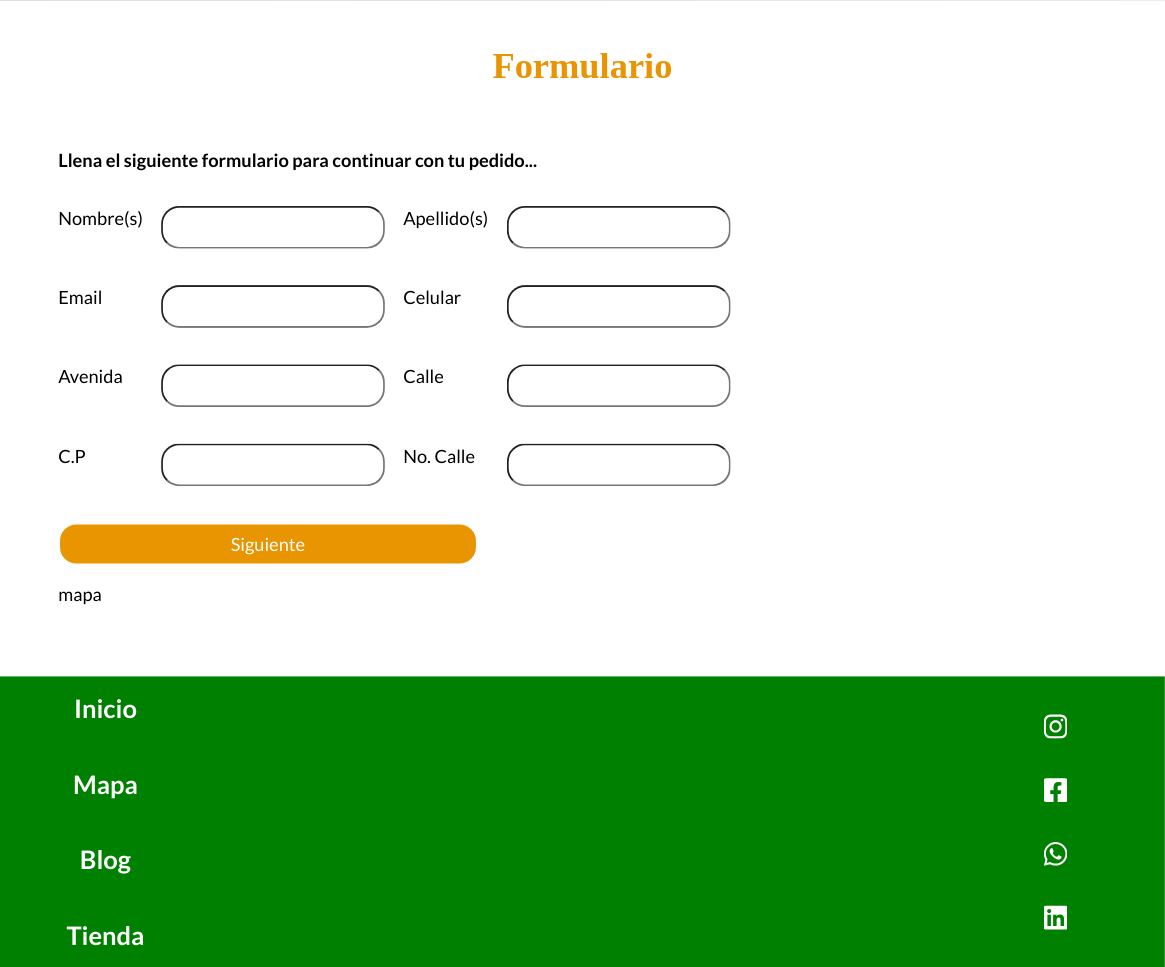
Repository: CarlosCamposRodriguez99/cv-beta-frontend
Page: /mapa
These files come from the project's save history. The page is drawn as it stood at one moment and after a run of saves; the edit follows.
The browser window is 1280 px wide. The pictures show the part of the page from y = 219 to 1322 px (the page is 1282 px tall before and 1322 px after), at 91% of full size.
Some web fonts or font styles are not loaded; a fallback is used. The project was rebuilt for these pictures with package versions that can differ from the ones it lists, and the page was loaded fresh each time. The framework's server and built-in components were replaced by stand-ins that run in the browser. Also part of the build but not shown: next.config.js.

Above is the page before, as saved 2022-05-06 18:19:37.

After the next 2 saves:
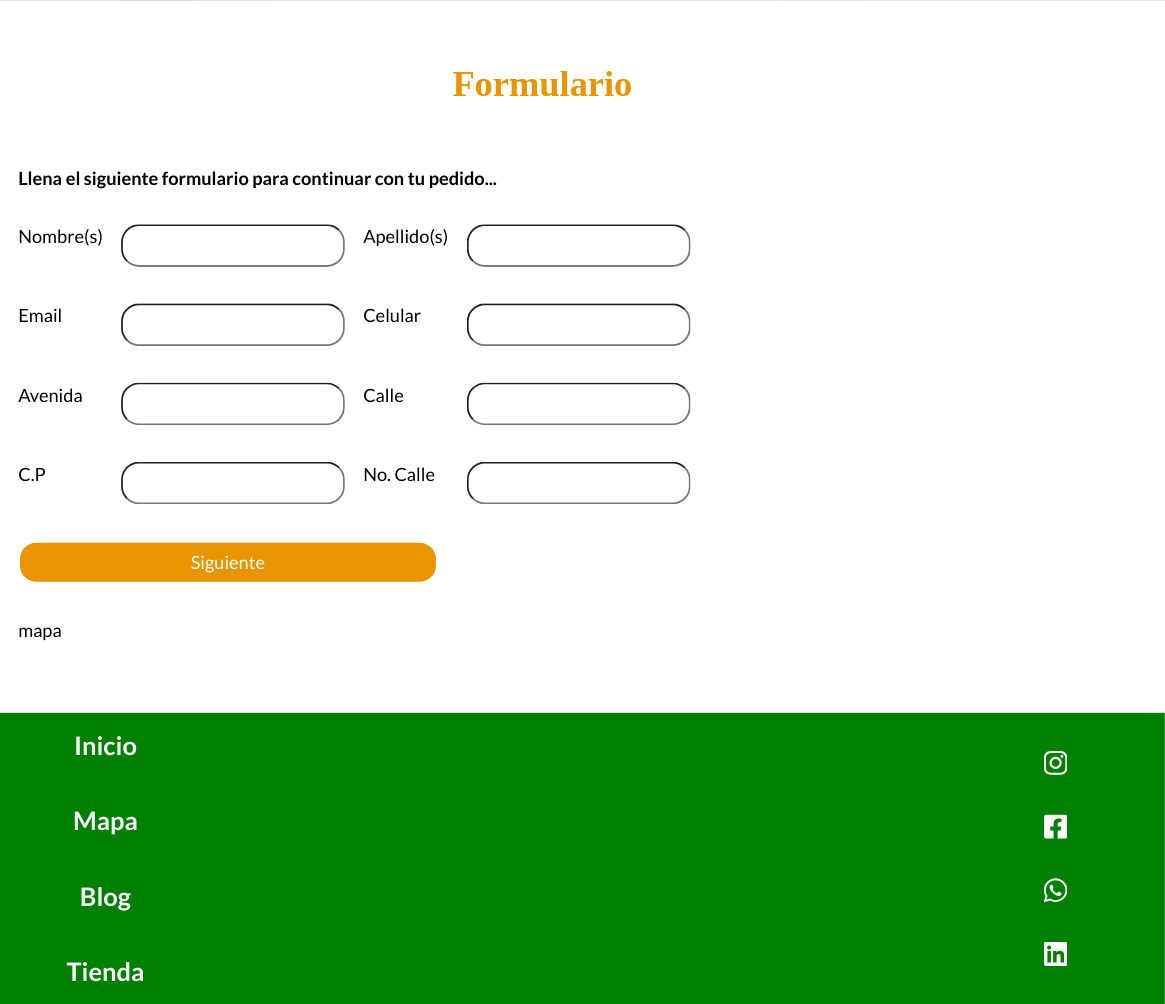
The 2 saves are shown as one change because they came seconds apart.
The last was saved 39 s later.
--- a/styles/Mapa.module.css
+++ b/styles/Mapa.module.css
@@ -26,7 +26,7 @@
 
 .head {
   max-width: 120rem;
-  margin: 0 auto;
+  margin: 2rem 2rem;
   width: 90%;
   display: grid;
 }
